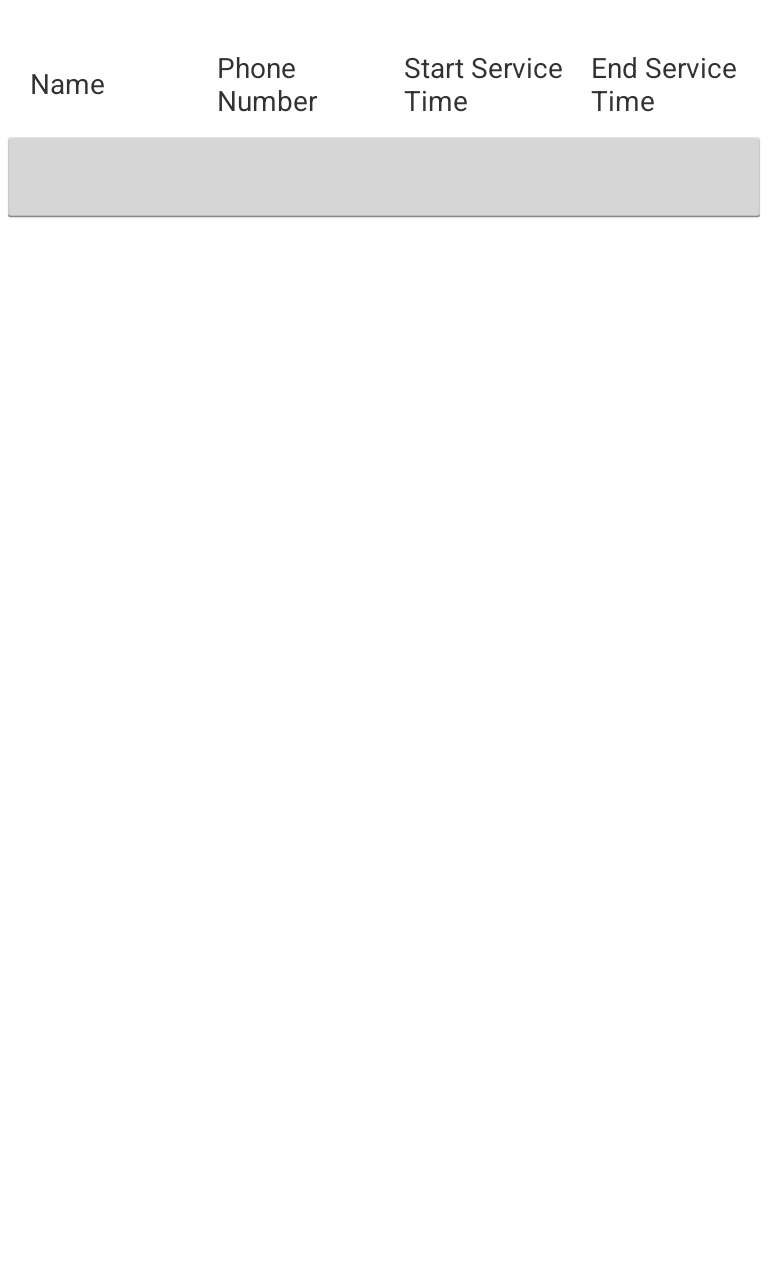
Repository: judemailom/queue-manager
Layout: QueueManager/res/layout/activity_logs.xml
An editor plug-in stored every save of this project. The layout is shown before and after a run of saves, followed by the edit.
It is drawn on a 768 x 1280 px phone screen (xhdpi) without system bars, with theme AppTheme; the app's code is not run.

Above is the layout before, as saved 2014-01-30 01:54:40.

### QueueManager/res/layout/activity_logs.xml
<ScrollView xmlns:android="http://schemas.android.com/apk/res/android"
    xmlns:tools="http://schemas.android.com/tools"
    android:layout_width="match_parent"
    android:layout_height="wrap_content"
    tools:context=".LogsActivity" >

	<LinearLayout
	        android:layout_width="match_parent"
	        android:layout_height="wrap_content"
	        android:orientation="vertical" >

     	<TextView
     	  android:id="@+id/log_date"
          android:layout_width="wrap_content"
          android:layout_height="wrap_content"
          android:layout_gravity="center_vertical"
          android:gravity="left"
          android:paddingLeft="10dp"
          android:textAppearance="?android:attr/textAppearanceSmall" />

        <TableLayout
            android:id="@+id/table_log"
            android:layout_width="match_parent"
            android:layout_height="wrap_content" >

        	<TableRow
        	    android:id="@+id/log_header"
        	    android:layout_width="wrap_content"
        	    android:layout_height="wrap_content"
        	    android:padding="@dimen/table_padding" >

        	    <TextView
        	        android:layout_width="0dp"
        	        android:layout_height="wrap_content"
        	        android:layout_gravity="center_vertical"
        	        android:layout_weight="1"
        	        android:gravity="left"
        	        android:paddingLeft="10dp"
        	        android:text="@string/name_head"
        	        android:textAppearance="?android:attr/textAppearanceSmall" />

        	    <TextView
        	        android:layout_width="0dp"
        	        android:layout_height="wrap_content"
        	        android:layout_gravity="center_vertical"
        	        android:layout_weight="1"
        	        android:gravity="left"
        	        android:paddingLeft="10dp"
        	        android:text="@string/number_head"
        	        android:textAppearance="?android:attr/textAppearanceSmall" />

        	    <TextView
        	        android:layout_width="0dp"
        	        android:layout_height="wrap_content"
        	        android:layout_gravity="center_vertical"
        	        android:layout_weight="1"
        	        android:gravity="left"
        	        android:paddingLeft="10dp"
        	        android:text="@string/start_head"
        	        android:textAppearance="?android:attr/textAppearanceSmall" />

        	    <TextView
        	        android:layout_width="0dp"
        	        android:layout_height="wrap_content"
        	        android:layout_gravity="center_vertical"
        	        android:layout_weight="1"
        	        android:gravity="left"
        	        android:paddingLeft="10dp"
        	        android:text="@string/end_head"
        	        android:textAppearance="?android:attr/textAppearanceSmall" />
        	</TableRow>

		</TableLayout>

		<Button
		    android:layout_width="match_parent"
		    android:layout_height="wrap_content" />

	</LinearLayout>
</ScrollView>

### QueueManager/res/values/styles.xml
<resources>

    <!--
        Base application theme, dependent on API level. This theme is replaced
        by AppBaseTheme from res/values-vXX/styles.xml on newer devices.
    -->
    <style name="AppBaseTheme" parent="android:Theme.Light.NoTitleBar">
        <!--
            Theme customizations available in newer API levels can go in
            res/values-vXX/styles.xml, while customizations related to
            backward-compatibility can go here.
        -->
    </style>

    <!-- Application theme. -->
    <style name="AppTheme" parent="AppBaseTheme">
        <!-- All customizations that are NOT specific to a particular API-level can go here. -->
    </style>
    <color name="white">#FFFFFF</color>
    <color name="gray">#F0F0F0</color>

</resources>

### QueueManager/res/values/dimens.xml
<resources>

    <!-- Default screen margins, per the Android Design guidelines. -->
    <dimen name="activity_horizontal_margin">20dp</dimen>
    <dimen name="activity_vertical_margin">20dp</dimen>
    <dimen name="font_title">50dp</dimen>
    <dimen name="font_home">20dp</dimen>
    <dimen name="table_padding">5dp</dimen>

</resources>

### QueueManager/res/values/strings.xml
<?xml version="1.0" encoding="utf-8"?>
<resources>

    <string name="app_name">Queue Manager</string>
    <string name="action_settings">Edit Profile</string>
    <string name="title">Logo</string>
    <string name="login">Login</string>
    <string name="hint_password">Password</string>
    <string name="title_activity_home">HomeActivity</string>
    <string name="hello_world">Hello world!</string>
    <string name="desc_calendar">calendar</string>
    <string name="desc_queue">queue count</string>
    <string name="desc_clock">clock</string>
    <string name="button_close">OPEN QUEUE</string>
    <string name="button_pause">CLOSE QUEUE</string>
    <string name="button_export">EXPORT</string>
    <string name="title_activity_queue">Queue</string>
    <string name="now_serving">Now Serving</string>
    <string name="current_queue">Current Queue</string>
    <string name="desc_now_serving">now_serving</string>
    <string name="desc_current_queue">current_queue</string>
    <string name="queue_count">CLOSED QUEUE</string>
    <string name="about">About</string>
    <string name="help">Help</string>
    <string name="title_activity_settings">Settings</string>
    <string name="title_activity_about">About</string>
    <string name="title_activity_help">Help</string>
    <string name="company_name">Company Name</string>
    <string name="hint"></string>
    <string name="profile_address">Address</string>
    <string name="profile_phone">Contact No.</string>
    <string name="profile_password">Password</string>
    <string name="save">Save</string>
    <string name="title_activity_logs">LogsActivity</string>
	<string name="name_head">Name</string>
	<string name="number_head">Phone Number</string>
	<string name="start_head">Start Service Time</string>
	<string name="end_head">End Service Time</string>
	<string name="log">Logs</string>

</resources>

Loaded but not shown: QueueManager/res/values-v11/styles.xml (common file); QueueManager/res/values-v14/styles.xml (common file)

After the next 5 saves:
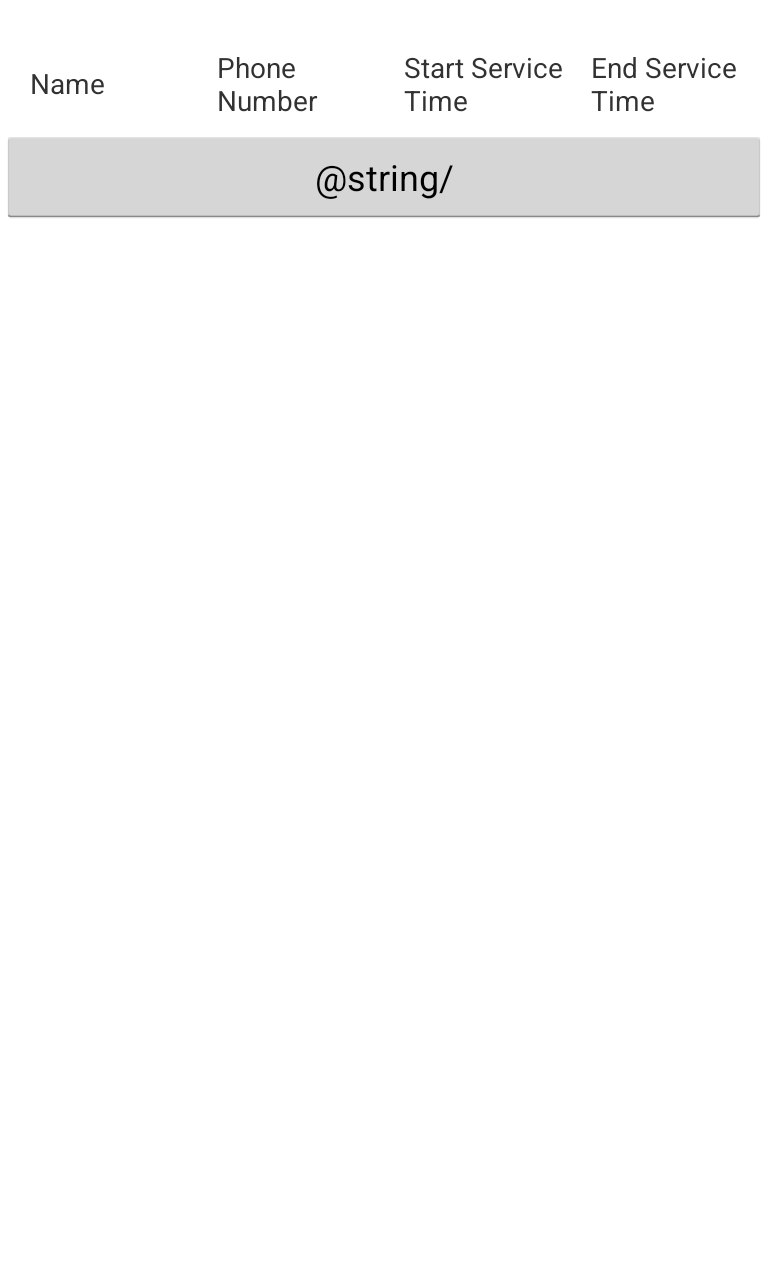
The 5 saves are shown as one change because 2 did not build or start and some came seconds apart.
The last was saved 77 s later.
--- a/QueueManager/res/layout/activity_logs.xml
+++ b/QueueManager/res/layout/activity_logs.xml
@@ -74,7 +74,9 @@
 
 		<Button
 		    android:layout_width="match_parent"
-		    android:layout_height="wrap_content" />
+		    android:layout_height="wrap_content"
+		    android:text="@string/"
+		/>"
 
 	</LinearLayout>
 </ScrollView>
